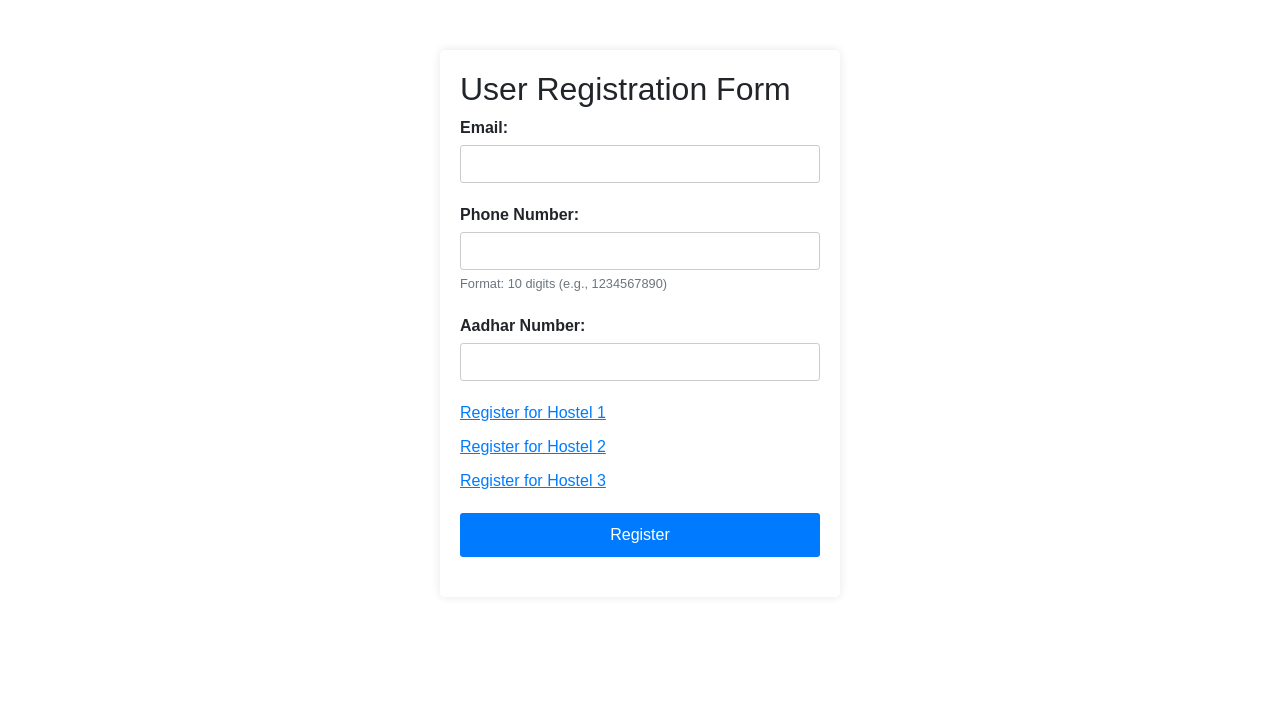
Repository: thatipallyvinod/AdvanceJava
Page: BoysHostel/src/main/webapp/First.html
The author's editor kept a copy of each file at every save. The page is drawn from the files as they stood at one save, then again after the next save.
The browser window is 1280 px wide. The pictures show the whole page.

Above is the page before, as saved 2024-03-24 10:23:58.

After the next save:
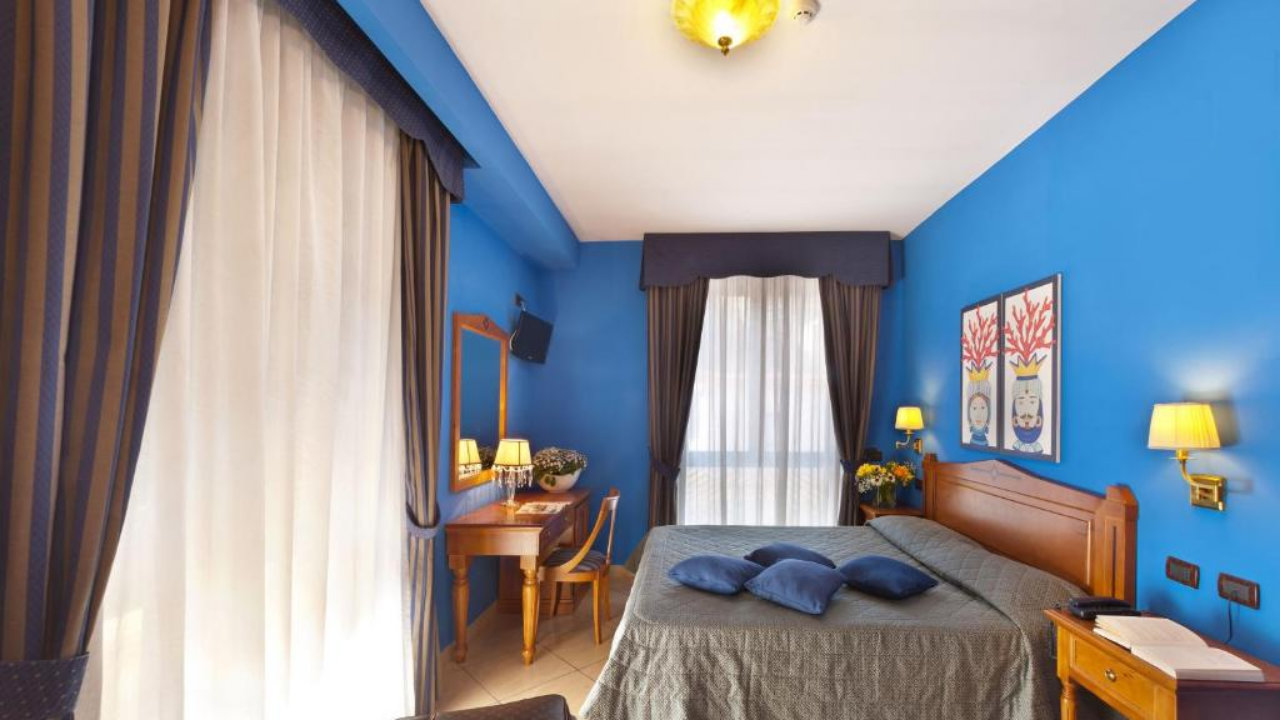
Saved 62 s later.
--- a/BoysHostel/src/main/webapp/First.html
+++ b/BoysHostel/src/main/webapp/First.html
@@ -68,21 +68,10 @@
         .form-group input[type="submit"]:hover {
             background-color: #0056b3;
         }
-        /* Added style for hostel links */
-        .hostel-link {
-            cursor: pointer;
-            color: #007bff;
-            text-decoration: underline;
-            margin-bottom: 10px;
-            display: block;
-        }
-        .hostel-link:hover {
-            text-decoration: none;
-        }
     </style>
 </head>
 <body>
-<div class="background" style="background-image: url('');"></div> <!-- Background Div -->
+<div class="background" style="background-image: url('hostel.jpg');"></div> <!-- Background Div -->
 <div class="container">
     <h2>User Registration Form</h2>
     <form action="./RegistrationServlet" method="post">
@@ -100,13 +89,113 @@
             <input type="number" id="aadhar" name="aadhar" class="form-control" required>
         </div>
         <div class="form-group">
-            <!-- Hyperlinks to open hostel registration modals -->
-            <a href="#" class="hostel-link" data-toggle="modal" data-target="#registerModal1">Register for Hostel 1</a>
-            <a href="#" class="hostel-link" data-toggle="modal" data-target="#registerModal2">Register for Hostel 2</a>
-            <a href="#" class="hostel-link" data-toggle="modal" data-target="#registerModal3">Register for Hostel 3</a>
+            <button type="button" class="btn btn-primary" data-toggle="modal" data-target="#hostelModal">
+                Select Hostel
+            </button>
         </div>
         <div class="form-group">
             <input type="submit" value="Register" class="btn btn-primary">
         </div>
     </form>
 </div>
+
+<!-- Hostel Selection Modal -->
+<div class="modal fade" id="hostelModal" tabindex="-1" role="dialog" aria-labelledby="hostelModalLabel" aria-hidden="true">
+    <div class="modal-dialog" role="document">
+        <div class="modal-content">
+            <div class="modal-header">
+                <h5 class="modal-title" id="hostelModalLabel">Select Hostel</h5>
+                <button type="button" class="close" data-dismiss="modal" aria-label="Close">
+                    <span aria-hidden="true">&times;</span>
+                </button>
+            </div>
+            <div class="modal-body">
+                <!-- Hostel selection buttons -->
+                <button type="button" class="btn btn-primary" data-toggle="modal" data-target="#registerModal1">
+                    Hostel 1
+                </button>
+                <button type="button" class="btn btn-primary" data-toggle="modal" data-target="#registerModal2">
+                    Hostel 2
+                </button>
+                <button type="button" class="btn btn-primary" data-toggle="modal" data-target="#registerModal3">
+                    Hostel 3
+                </button>
+            </div>
+        </div>
+    </div>
+</div>
+
+<!-- Hostel 1 Registration Modal -->
+<div class="modal fade" id="registerModal1" tabindex="-1" role="dialog" aria-labelledby="registerModalLabel1" aria-hidden="true">
+    <div class="modal-dialog" role="document">
+        <div class="modal-content">
+            <div class="modal-header">
+                <h5 class="modal-title" id="registerModalLabel1">Hostel 1 Registration</h5>
+                <button type="button" class="close" data-dismiss="modal" aria-label="Close">
+                    <span aria-hidden="true">&times;</span>
+                </button>
+            </div>
+            <div class="modal-body">
+                <!-- Hostel 1 registration form content -->
+                <form action="./RegistrationServlet" method="post">
+                    <input type="hidden" name="selectedHostel" value="Hostel 1">
+                    <div class="form-group">
+                        <label for="hostel1Field">Hostel 1 Specific Field:</label>
+                        <input type="text" id="hostel1Field" name="hostel1Field" class="form-control" required>
+                    </div>
+                    <input type="submit" value="Register" class="btn btn-primary">
+                </form>
+            </div>
+        </div>
+    </div>
+</div>
+
+<!-- Hostel 2 Registration Modal -->
+<div class="modal fade" id="registerModal2" tabindex="-1" role="dialog" aria-labelledby="registerModalLabel2" aria-hidden="true">
+    <div class="modal-dialog" role="document">
+        <div class="modal-content">
+            <div class="modal-header">
+                <h5 class="modal-title" id="registerModalLabel2">Hostel 2 Registration</h5>
+                <button type="button" class="close" data-dismiss="modal" aria-label="Close">
+                    <span aria-hidden="true">&times;</span>
+                </button>
+            </div>
+            <div class="modal-body">
+                <!-- Hostel 2 registration form content -->
+                <form action="./RegistrationServlet" method="post">
+                    <input type="hidden" name="selectedHostel" value="Hostel 2">
+                    <div class="form-group">
+                        <label for="hostel2Field">Hostel 2 Specific Field:</label>
+                        <input type="text" id="hostel2Field" name="hostel2Field" class="form-control" required>
+                    </div>
+                    <input type="submit" value="Register" class="btn btn-primary">
+                </form>
+            </div>
+        </div>
+    </div>
+</div>
+
+<!-- Hostel 3 Registration Modal -->
+<div class="modal fade" id="registerModal3" tabindex="-1" role="dialog" aria-labelledby="registerModalLabel3" aria-hidden="true">
+    <div class="modal-dialog" role="document">
+        <div class="modal-content">
+            <div class="modal-header">
+                <h5 class="modal-title" id="registerModalLabel3">Hostel 3 Registration</h5>
+                <button type="button" class="close" data-dismiss="modal" aria-label="Close">
+                    <span aria-hidden="true">&times;</span>
+                </button>
+            </div>
+            <div class="modal-body">
+                <!-- Hostel 3 registration form content -->
+                <form action="./RegistrationServlet" method="post">
+                    <input type="hidden" name="selectedHostel" value="Hostel 3">
+                    <div class="form-group">
+                        <label for="hostel3Field">Hostel 3 Specific Field:</label>
+                        <input type="text" id="hostel3Field" name="hostel3Field" class="form-control" required>
+                    </div>
+                    <input type="submit" value="Register" class="btn btn-primary">
+                </form>
+            </div>
+        </div>
+    </div>
+</div>
